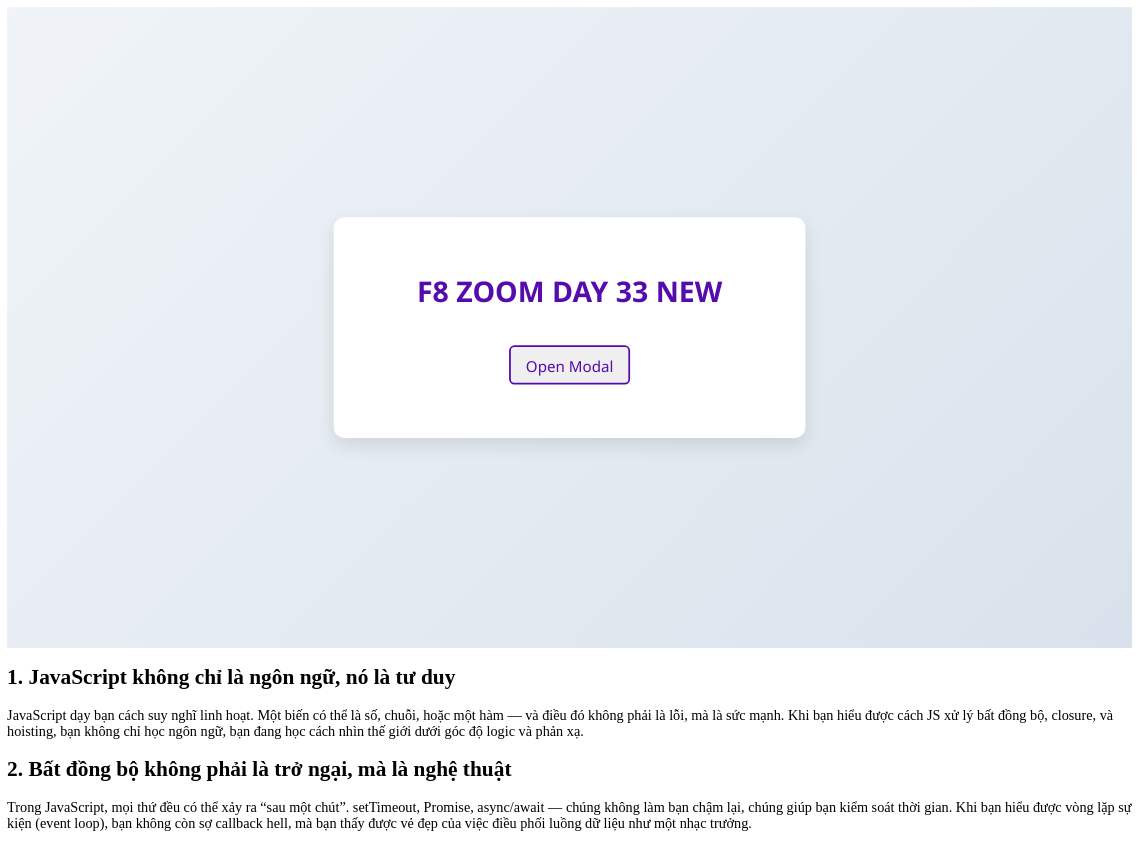
Repository: lannguyen1301/f8-zoom-day-33-new
Page: index.html
An editor plug-in stored every save of this project. The page is shown before and after the next save, followed by the edit.
The browser window is 1280 px wide. The pictures show the whole page, at 89% of full size.

Above is the page before, as saved 2025-08-07 23:09:25.

After the next save:
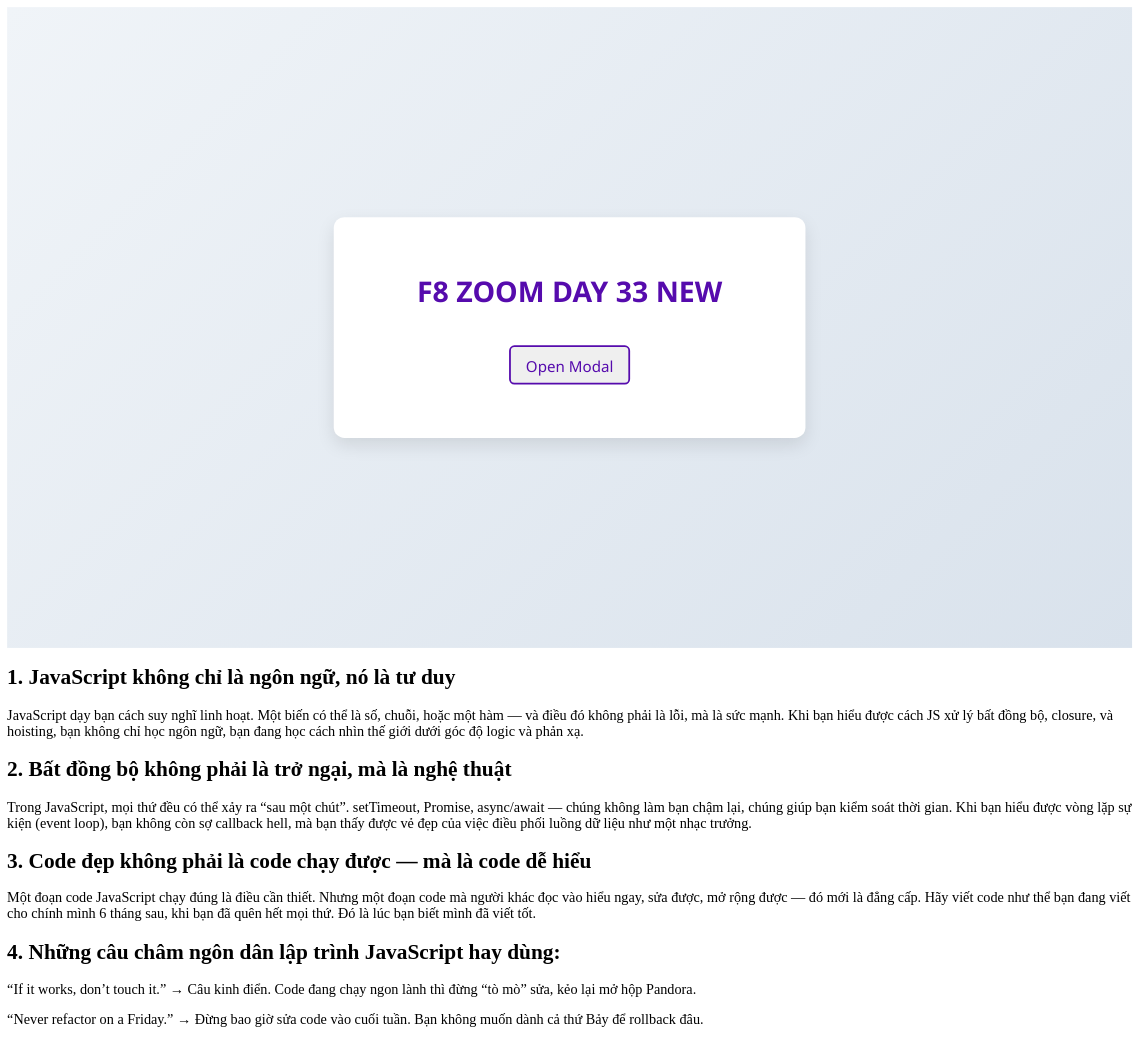
Saved 118 s later.
--- a/index.html
+++ b/index.html
@@ -44,3 +44,23 @@
     chậm lại, chúng giúp bạn kiểm soát thời gian. Khi bạn hiểu được vòng lặp sự kiện (event loop), bạn không còn sợ
     callback hell, mà bạn thấy được vẻ đẹp của việc điều phối luồng dữ liệu như một nhạc trưởng.
 </p>
+
+<h2>
+    3. Code đẹp không phải là code chạy được — mà là code dễ hiểu
+</h2>
+<p>
+    Một đoạn code JavaScript chạy đúng là điều cần thiết. Nhưng một đoạn code mà người khác đọc vào hiểu ngay, sửa được,
+    mở rộng được — đó mới là đẳng cấp. Hãy viết code như thể bạn đang viết cho chính mình 6 tháng sau, khi bạn đã quên
+    hết mọi thứ. Đó là lúc bạn biết mình đã viết tốt.
+</p>
+
+<h2>
+    4. Những câu châm ngôn dân lập trình JavaScript hay dùng:
+</h2>
+<p>
+    “If it works, don’t touch it.” → Câu kinh điển. Code đang chạy ngon lành thì đừng “tò mò” sửa, kẻo lại mở hộp
+    Pandora.
+</p>
+<p>
+    “Never refactor on a Friday.” → Đừng bao giờ sửa code vào cuối tuần. Bạn không muốn dành cả thứ Bảy để rollback đâu.
+</p>
